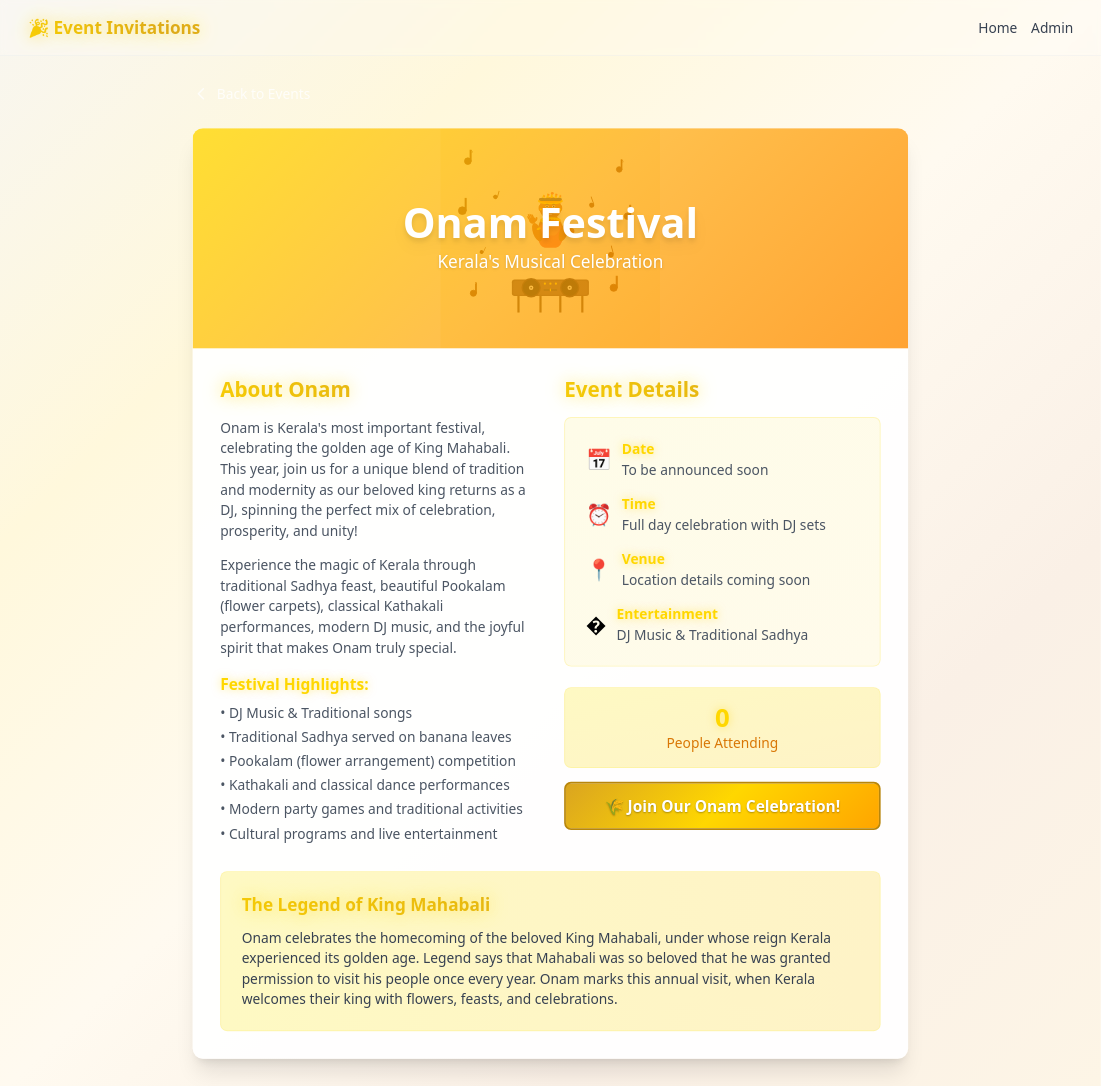
Repository: nanduldas/invitation
Page: http://localhost/event/onam
These files come from the project's save history. The page is drawn as it stood at one moment and after the next save; the edit follows.
The browser window is 1280 px wide. The pictures show the whole page, at 86% of full size.
Some web libraries are served in a nearby version. The page is served by the project's Laravel application, run on PHP 8.4 with Laravel 12. Other server files are loaded and not shown. Queries for data that is not in the repository find no rows.

Above is the page before, as saved 2025-08-23 00:07:58.

### routes/web.php
<?php

use Illuminate\Support\Facades\Route;
use App\Http\Controllers\EventController;

Route::get('/', [EventController::class, 'index'])->name('home');
Route::get('/event/{event}', [EventController::class, 'show'])->name('event.show');
Route::post('/register', [EventController::class, 'register'])->name('register');
Route::get('/admin/attendees', [EventController::class, 'admin'])->name('admin.attendees');

### app/Http/Controllers/EventController.php
<?php

namespace App\Http\Controllers;

use Illuminate\Http\Request;
use App\Models\Attendee;
use Illuminate\Support\Facades\Validator;

class EventController extends Controller
{
    public function index()
    {
        $haldiCount = Attendee::forEvent('haldi')->count();
        $onamCount = Attendee::forEvent('onam')->count();

        return view('events.index', compact('haldiCount', 'onamCount'));
    }

    public function show($event)
    {
        if (!in_array($event, ['haldi', 'onam'])) {
            abort(404);
        }

        $attendeesCount = Attendee::forEvent($event)->count();

        return view('events.show', compact('event', 'attendeesCount'));
    }

    public function register(Request $request)
    {
        $validator = Validator::make($request->all(), [
            'name' => 'required|string|max:255',
            'phone' => 'required|string|max:20',
            'event' => 'required|in:haldi,onam'
        ]);

        if ($validator->fails()) {
            return response()->json([
                'success' => false,
                'message' => 'Please fill all fields correctly.'
            ], 422);
        }

        // Check if attendee already exists based on phone number
        $existingAttendee = Attendee::where('phone', $request->phone)->first();

        if ($existingAttendee) {
            return response()->json([
                'success' => true,
                'message' => 'You are already on our list, thank you! 🎉',
                'attendee_count' => Attendee::forEvent($request->event)->count()
            ]);
        }

        // Create new attendee
        $attendee = Attendee::create([
            'name' => $request->name,
            'phone' => $request->phone,
            'event' => $request->event
        ]);

        $attendeeCount = Attendee::forEvent($request->event)->count();

        return response()->json([
            'success' => true,
            'message' => "Welcome to our celebration, {$request->name}! 🌟 We're excited to have you join us!",
            'attendee_count' => $attendeeCount
        ]);
    }

    public function admin()
    {
        $haldiAttendees = Attendee::forEvent('haldi')->get();
        $onamAttendees = Attendee::forEvent('onam')->get();

        return view('admin.attendees', compact('haldiAttendees', 'onamAttendees'));
    }
}

### app/Models/Attendee.php
<?php

namespace App\Models;

use Illuminate\Database\Eloquent\Model;

class Attendee extends Model
{
    protected $fillable = [
        'name',
        'phone',
        'event'
    ];

    protected $casts = [
        'event' => 'string'
    ];

    public function scopeForEvent($query, $event)
    {
        return $query->where('event', $event);
    }
}

### resources/views/events/show.blade.php
@extends('layouts.app')

@section('title', ucfirst($event) . ' Event Details')

@section('content')
<div class="max-w-4xl mx-auto px-4 sm:px-6 lg:px-8">
    <!-- Back Button -->
    <div class="mb-6">
        <a href="{{ route('home') }}" class="inline-flex items-center text-white/80 hover:text-white transition-colors">
            <svg class="w-5 h-5 mr-2" fill="none" stroke="currentColor" viewBox="0 0 24 24">
                <path stroke-linecap="round" stroke-linejoin="round" stroke-width="2" d="M15 19l-7-7 7-7"></path>
            </svg>
            Back to Events
        </a>
    </div>

    @if($event === 'haldi')
        <!-- Haldi Event Details -->
        <div class="bg-white/95 rounded-xl shadow-xl overflow-hidden">
            <div class="bg-haldi-theme h-64 relative">
                <div class="haldi-overlay h-full flex items-center justify-center">
                    <div class="text-center text-white">
                        <div class="text-8xl mb-4">🌺</div>
                        <h1 class="text-4xl md:text-5xl font-bold drop-shadow-lg">Haldi Ceremony</h1>
                        <p class="text-xl mt-2 drop-shadow">A Sacred & Joyful Celebration</p>
                    </div>
                </div>
            </div>

            <div class="p-8">
                <div class="grid md:grid-cols-2 gap-8 mb-8">
                    <div>
                        <h2 class="text-2xl font-bold text-gold-shining mb-4">About the Ceremony</h2>
                        <p class="text-gray-600 mb-4">
                            The Haldi ceremony is one of the most cherished pre-wedding rituals in Indian culture.
                            This beautiful tradition involves applying turmeric paste to the bride and groom,
                            symbolizing purification, protection, and the blessing of a bright future together.
                        </p>
                        <p class="text-gray-600 mb-4">
                            Join us for an afternoon filled with laughter, music, traditional songs, and the
                            warm embrace of family and friends. The golden glow of turmeric will bless the
                            couple as they prepare for their new journey.
                        </p>

                        <h3 class="text-lg font-semibold text-gold mb-2">What to Expect:</h3>
                        <ul class="text-gray-600 space-y-1">
                            <li>• Traditional turmeric application ceremony</li>
                            <li>• Folk music and dancing</li>
                            <li>• Delicious Indian snacks and sweets</li>
                            <li>• Photography and memories</li>
                            <li>• Warm, festive atmosphere</li>
                        </ul>
                    </div>

                    <div>
                        <h2 class="text-2xl font-bold text-gold-shining mb-4">Event Details</h2>
                        <div class="bg-gradient-to-br from-yellow-50 to-amber-50 rounded-lg p-6 space-y-4 border border-yellow-200/50">
                            <div class="flex items-center">
                                <span class="text-2xl mr-3">📅</span>
                                <div>
                                    <div class="font-semibold text-gold">Date</div>
                                    <div class="text-gray-600">To be announced soon</div>
                                </div>
                            </div>
                            <div class="flex items-center">
                                <span class="text-2xl mr-3">⏰</span>
                                <div>
                                    <div class="font-semibold text-gold">Time</div>
                                    <div class="text-gray-600">Traditional afternoon timing</div>
                                </div>
                            </div>
                            <div class="flex items-center">
                                <span class="text-2xl mr-3">📍</span>
                                <div>
                                    <div class="font-semibold text-gold">Venue</div>
                                    <div class="text-gray-600">Location details coming soon</div>
                                </div>
                            </div>
                            <div class="flex items-center">
                                <span class="text-2xl mr-3">👗</span>
                                <div>
                                    <div class="font-semibold text-gold">Dress Code</div>
                                    <div class="text-gray-600">Traditional Indian wear preferred</div>
                                </div>
                            </div>
                        </div>

                        <div class="mt-6 text-center">
                            <div class="bg-gradient-to-br from-yellow-100 to-amber-100 rounded-lg p-4 mb-4 border border-yellow-200/50">
                                <div class="text-3xl font-bold text-gold attendee-count" data-event="haldi">{{ $attendeesCount }}</div>
                                <div class="text-amber-600">People Attending</div>
                            </div>
                            <button onclick="openModal('haldi')"
                                    class="w-full px-6 py-3 btn-gold rounded-lg text-lg font-semibold">
                                🎉 I'm Attending This Celebration!
                            </button>
                        </div>
                    </div>
                </div>

                <div class="bg-gradient-to-r from-yellow-100 to-amber-100 rounded-lg p-6 border border-yellow-200/50">
                    <h3 class="text-xl font-bold text-gold-shining mb-3">Traditional Significance</h3>
                    <p class="text-gray-700">
                        Turmeric has been used in Indian ceremonies for thousands of years. It's believed to bring
                        good luck, ward off evil, and promote health and prosperity. The Haldi ceremony is not just
                        a ritual, but a celebration of love, family bonds, and the beginning of a beautiful journey.
                    </p>
                </div>
            </div>
        </div>
    @else
        <!-- Onam Event Details -->
        <div class="bg-white/95 rounded-xl shadow-xl overflow-hidden">
            <div class="bg-onam-theme h-64 relative">
                <div class="onam-overlay h-full flex items-center justify-center">
                    <div class="text-center text-white">
                        <h1 class="text-4xl md:text-5xl font-bold drop-shadow-lg">Onam Festival</h1>
                        <p class="text-xl mt-2 drop-shadow">Kerala's Musical Celebration</p>
                    </div>
                </div>
            </div>

            <div class="p-8">
                <div class="grid md:grid-cols-2 gap-8 mb-8">
                    <div>
                        <h2 class="text-2xl font-bold text-gold-shining mb-4">About Onam</h2>
                        <p class="text-gray-600 mb-4">
                            Onam is Kerala's most important festival, celebrating the golden age of King Mahabali.
                            This year, join us for a unique blend of tradition and modernity as our beloved king
                            returns as a DJ, spinning the perfect mix of celebration, prosperity, and unity!
                        </p>
                        <p class="text-gray-600 mb-4">
                            Experience the magic of Kerala through traditional Sadhya feast, beautiful Pookalam
                            (flower carpets), classical Kathakali performances, modern DJ music, and the
                            joyful spirit that makes Onam truly special.
                        </p>

                        <h3 class="text-lg font-semibold text-gold mb-2">Festival Highlights:</h3>
                        <ul class="text-gray-600 space-y-1">
                            <li>• DJ Music & Traditional songs</li>
                            <li>• Traditional Sadhya served on banana leaves</li>
                            <li>• Pookalam (flower arrangement) competition</li>
                            <li>• Kathakali and classical dance performances</li>
                            <li>• Modern party games and traditional activities</li>
                            <li>• Cultural programs and live entertainment</li>
                        </ul>
                    </div>                    <div>
                        <h2 class="text-2xl font-bold text-gold-shining mb-4">Event Details</h2>
                        <div class="bg-gradient-to-br from-yellow-50 to-amber-50 rounded-lg p-6 space-y-4 border border-yellow-200/50">
                            <div class="flex items-center">
                                <span class="text-2xl mr-3">📅</span>
                                <div>
                                    <div class="font-semibold text-gold">Date</div>
                                    <div class="text-gray-600">To be announced soon</div>
                                </div>
                            </div>
                            <div class="flex items-center">
                                <span class="text-2xl mr-3">⏰</span>
                                <div>
                                    <div class="font-semibold text-gold">Time</div>
                                    <div class="text-gray-600">Full day celebration with DJ sets</div>
                                </div>
                            </div>
                            <div class="flex items-center">
                                <span class="text-2xl mr-3">📍</span>
                                <div>
                                    <div class="font-semibold text-gold">Venue</div>
                                    <div class="text-gray-600">Location details coming soon</div>
                                </div>
                            </div>
                            <div class="flex items-center">
                                <span class="text-2xl mr-3">�</span>
                                <div>
                                    <div class="font-semibold text-gold">Entertainment</div>
                                    <div class="text-gray-600">DJ Music & Traditional Sadhya</div>
                                </div>
                            </div>
                        </div>

                        <div class="mt-6 text-center">
                            <div class="bg-gradient-to-br from-yellow-100 to-amber-100 rounded-lg p-4 mb-4 border border-yellow-200/50">
                                <div class="text-3xl font-bold text-gold attendee-count" data-event="onam">{{ $attendeesCount }}</div>
                                <div class="text-amber-600">People Attending</div>
                            </div>
                            <button onclick="openModal('onam')"
                                    class="w-full px-6 py-3 btn-gold rounded-lg text-lg font-semibold">
                                🌾 Join Our Onam Celebration!
                            </button>
                        </div>
                    </div>
                </div>

                <div class="bg-gradient-to-r from-yellow-100 to-amber-100 rounded-lg p-6 border border-yellow-200/50">
                    <h3 class="text-xl font-bold text-gold-shining mb-3">The Legend of King Mahabali</h3>
                    <p class="text-gray-700">
                        Onam celebrates the homecoming of the beloved King Mahabali, under whose reign Kerala experienced
                        its golden age. Legend says that Mahabali was so beloved that he was granted permission to visit
                        his people once every year. Onam marks this annual visit, when Kerala welcomes their king with
                        flowers, feasts, and celebrations.
                    </p>
                </div>
            </div>
        </div>
    @endif
</div>
@endsection

Loaded but not shown: app/Http/Controllers/Controller.php (common file); public/images/onam-dj-mahabali.svg (208 lines, source omitted); resources/views/layouts/app.blade.php (225 lines, source omitted)

After the next save:
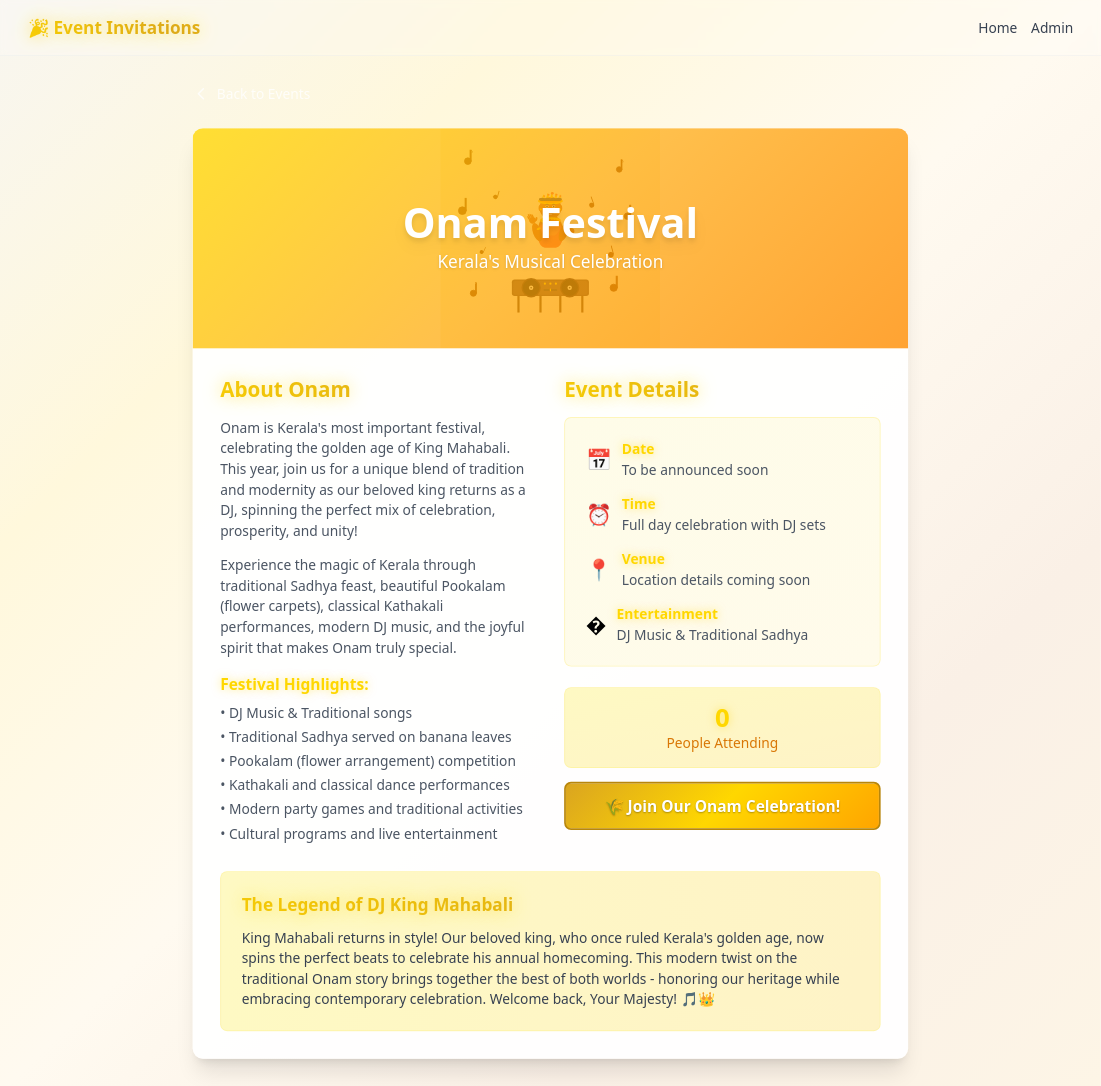
Saved 16 s later.
--- a/resources/views/events/show.blade.php
+++ b/resources/views/events/show.blade.php
@@ -191,12 +191,12 @@
                 </div>
 
                 <div class="bg-gradient-to-r from-yellow-100 to-amber-100 rounded-lg p-6 border border-yellow-200/50">
-                    <h3 class="text-xl font-bold text-gold-shining mb-3">The Legend of King Mahabali</h3>
+                    <h3 class="text-xl font-bold text-gold-shining mb-3">The Legend of DJ King Mahabali</h3>
                     <p class="text-gray-700">
-                        Onam celebrates the homecoming of the beloved King Mahabali, under whose reign Kerala experienced
-                        its golden age. Legend says that Mahabali was so beloved that he was granted permission to visit
-                        his people once every year. Onam marks this annual visit, when Kerala welcomes their king with
-                        flowers, feasts, and celebrations.
+                        King Mahabali returns in style! Our beloved king, who once ruled Kerala's golden age,
+                        now spins the perfect beats to celebrate his annual homecoming. This modern twist on
+                        the traditional Onam story brings together the best of both worlds - honoring our
+                        heritage while embracing contemporary celebration. Welcome back, Your Majesty! 🎵👑
                     </p>
                 </div>
             </div>
